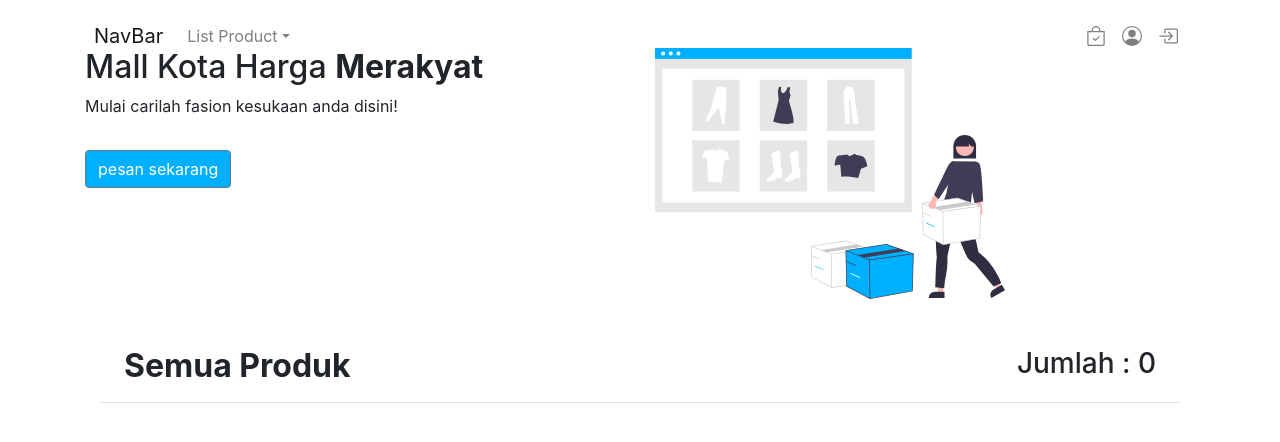
Repository: AHSANS354/ecommerce-catalog
Page: /
These files come from the project's save history. The page is drawn as it stood at one moment and after the next save; the edit follows.
The browser window is 1280 px wide. The pictures show the whole page.
The page's requests for data from a server got no answer. The project was rebuilt for these pictures with package versions that can differ from the ones it lists, and the page was loaded fresh each time. No one was signed in, and anything a server would have sent is missing. Also part of the build but not shown: vue.config.js, src/components/CardProduct.vue.

Above is the page before, as saved 2023-03-01 22:46:24.

After the next save:
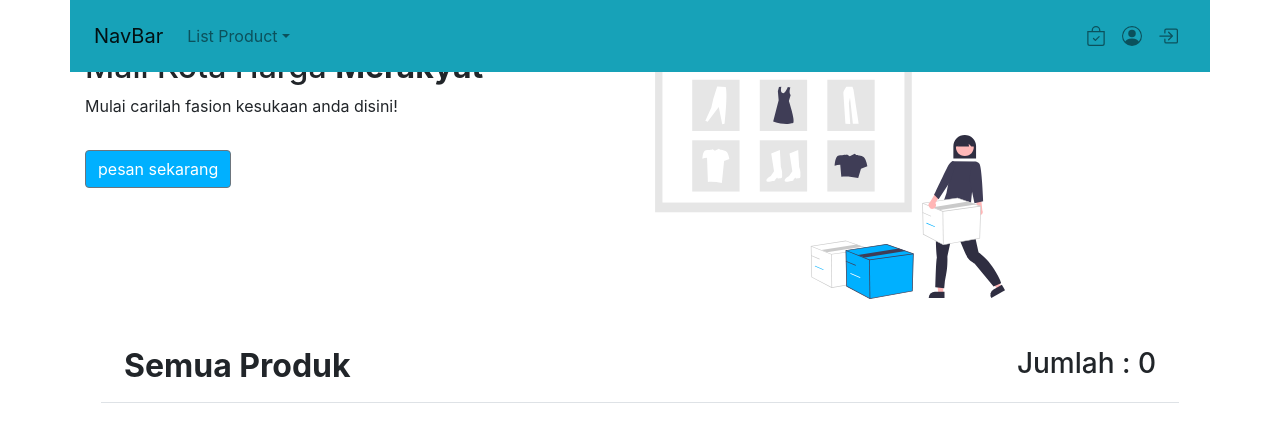
Saved 27 s later.
--- a/src/components/NavbarView.vue
+++ b/src/components/NavbarView.vue
@@ -1,5 +1,5 @@
 <template>
-  <div class="container p-2 fixed-top">
+  <div class="container p-2 fixed-top bg-info">
     <b-navbar toggleable="lg" type="light">
       <router-link class="navbar-brand" to="/">NavBar</router-link>
 
